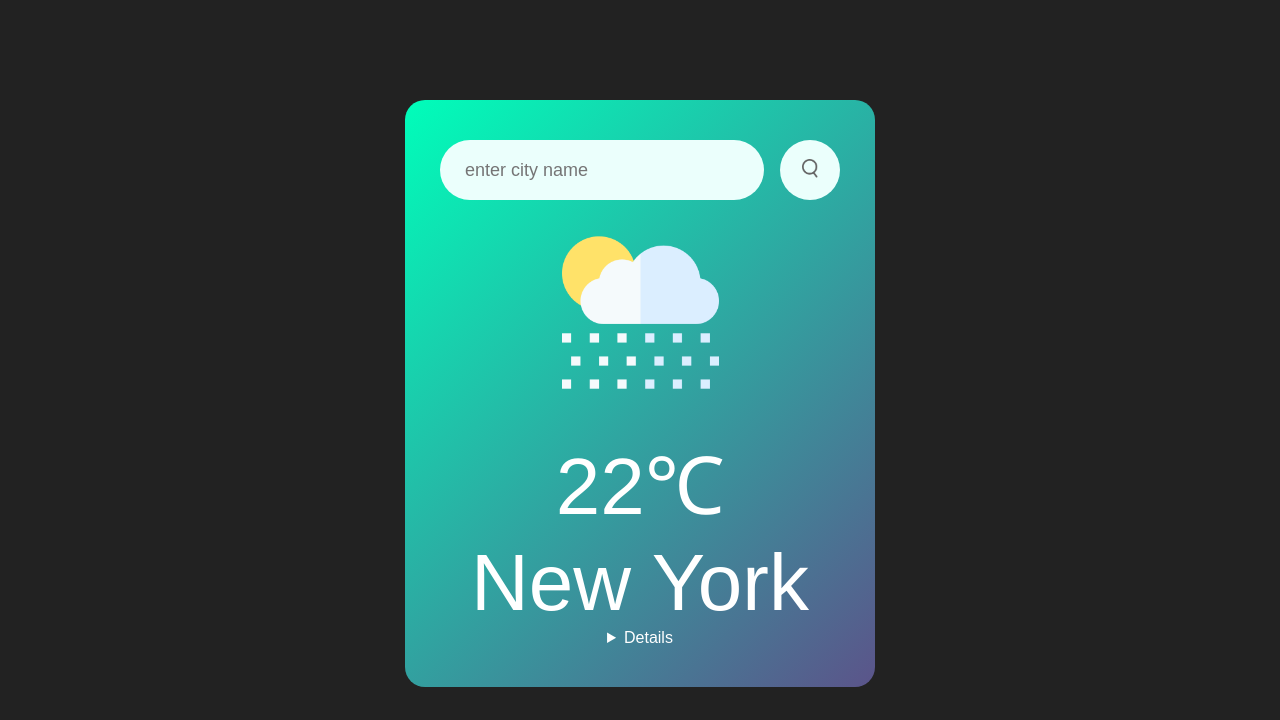
Repository: Alphosmart/weather
Page: index.html
These files come from the project's save history. The page is drawn as it stood at one moment and after the next save; the edit follows.
The browser window is 1280 px wide. The pictures show the whole page.

Above is the page before, as saved 2024-07-17 16:41:55.

After the next save:
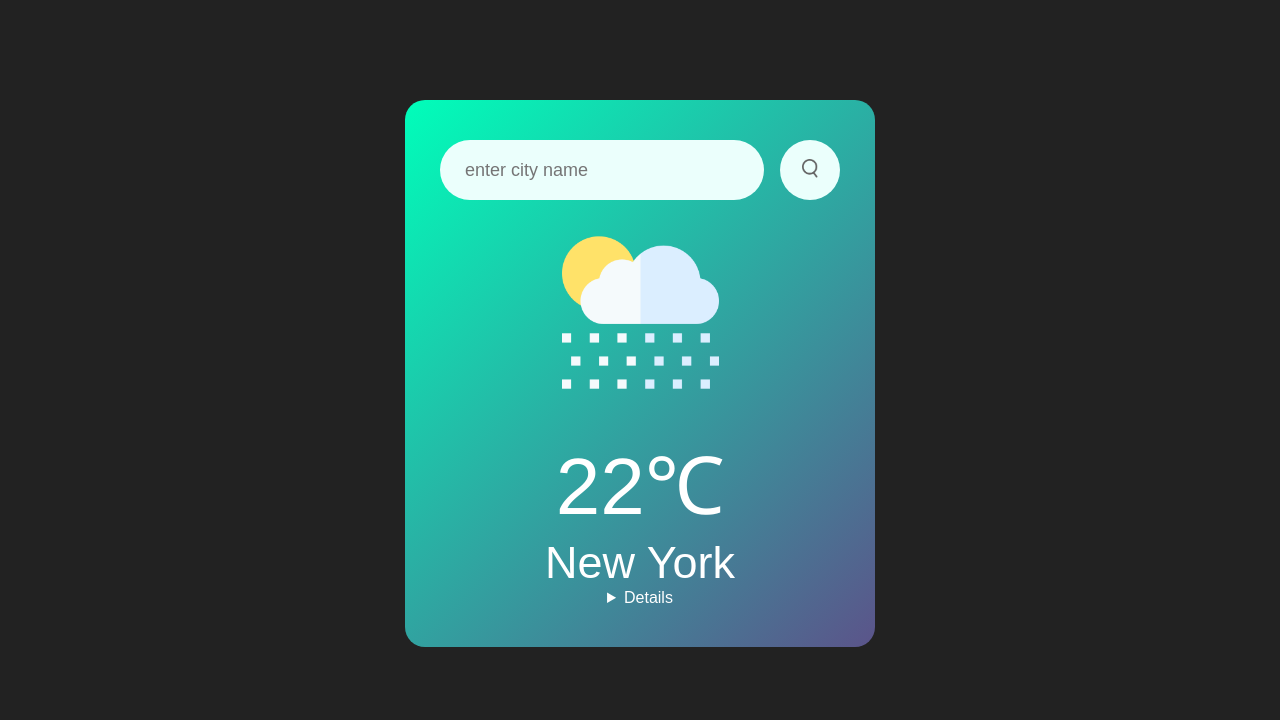
Saved 17 s later.
--- a/style.css
+++ b/style.css
@@ -65,6 +65,6 @@ body {
 }
 
 .weather h2 {
-  font-size: 80px;
+  font-size: 45px;
   font-weight: 500;
 }
